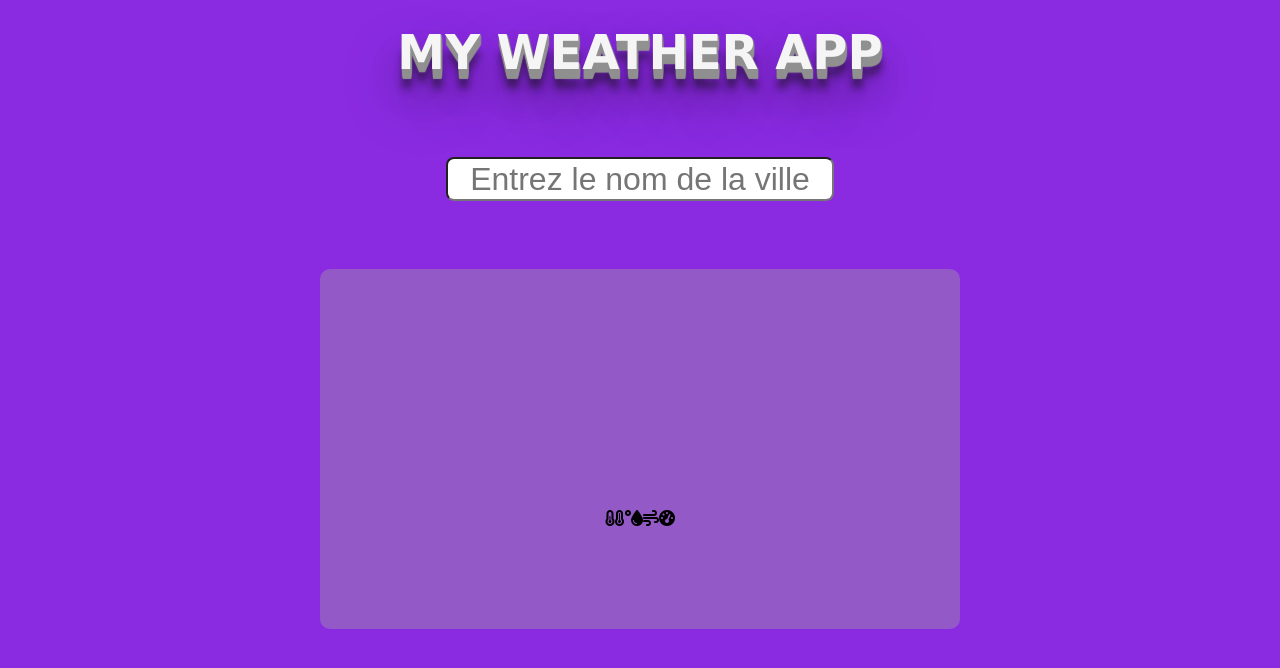
Repository: JeffnyAugustin/MyWeatherApp
Page: index.html
An editor plug-in stored every save of this project. The page is shown before and after the next save, followed by the edit.
The browser window is 1280 px wide. The pictures show the whole page.

Above is the page before, as saved 2023-11-14 22:35:41.

### index.html
<!DOCTYPE html>
<html lang="fr">

<head>
    <meta charset="UTF-8">
    <meta http-equiv="X-UA-Compatible" content="IE=edge">
    <meta name="viewport" content="width=device-width, initial-scale=1.0">
    <link rel="stylesheet" href="https://cdnjs.cloudflare.com/ajax/libs/font-awesome/6.4.0/css/all.min.css"
        integrity="sha512-iecdLmaskl7CVkqkXNQ/ZH/XLlvWZOJyj7Yy7tcenmpD1ypASozpmT/E0iPtmFIB46ZmdtAc9eNBvH0H/ZpiBw=="
        crossorigin="anonymous" referrerpolicy="no-referrer" />

    <link rel="stylesheet" href="/css/style.css">
    <title>My Weather App</title>
</head>

<body>



    <div id="container"></div>

    <script src="/js/script.js"></script>
</body>

</html>

### css/style.css
* {
    padding : 0;
    margin: 0;
}

body {
    display: flex;
    justify-content: center;
    height: 100vh;
    width: 100vw;
    background-color: blueviolet;
    overflow-y: hidden;
}

#container {
    display: flex;
    flex-direction: column;
    align-items: center;
    justify-content: space-around;
    gap: 20px;

}

#searchBox {
    text-align: center;
    width: 60%;
    height: 40px;
    border-radius: 8px;
    margin-top: 10px;
    font-size: 2rem;
}


#allTogether {
    width: 50VW;
    height: 50VH;
    display: flex;
    flex-direction: column;
    justify-content: space-evenly;
    align-items: center;
    background-color: rgb(158 158 158 / 40%);
    border-radius: 10px;
}

div#meteoElement {
    display: flex;
    flex-direction: row;
    justify-content: space-around;
    flex-wrap: wrap;
}

div#cityElement {
    display: flex;
    flex-direction: row;
    gap: 10px;
    justify-content: center;
}

div#cityDescription {
    display: flex;
    flex-direction: column;
    gap: 20PX;
}

#prevision {
    background-color: rgb(134 126 126 / 41%);
    display: flex;
    flex-direction: row;
    justify-content: center;
    align-items: center;
    gap: 10px;
}

.day-forecast {
    display: flex;
    flex-direction: column;
    align-items: center;
    height: 100%;
    width: 230px;
    background-color: #c1a8b6;
}


p {
    font-size: 2rem;
    color: white;
}

p.cityName {
    text-align: center;
}

h1.textTitle {
    text-transform: uppercase;
    font-family: verdana;
    font-size: 3em;
    font-weight: 700;
    color: #f5f5f5;
    text-shadow: 1px 1px 1px #919191,
        1px 2px 1px #919191,
        1px 3px 1px #919191,
        1px 4px 1px #919191,
        1px 5px 1px #919191,
        1px 6px 1px #919191,
        1px 7px 1px #919191,
        1px 8px 1px #919191,
        1px 9px 1px #919191,
        1px 10px 1px #919191,
    1px 18px 6px rgba(16,16,16,0.4),
    1px 22px 10px rgba(16,16,16,0.2),
    1px 25px 35px rgba(16,16,16,0.2),
    1px 30px 60px rgba(16,16,16,0.4);
}

### js/script.js
// Clé D'api
const API_KEY = "b476218e49ef0d0755a713e9ba77f79a";
// Lien vers L'api finissant par une recherche
const API_URL = `https://api.openweathermap.org/data/2.5/forecast?appid=${API_KEY}&units=metric&lang=fr&q=`;


const divContain = document.getElementById("container");
divContain.id = "container";


const titleDiv = document.createElement("div");
titleDiv.className = "title";

// Création H1
const heading = document.createElement('h1');
heading.className = "textTitle"

// Set the text content of the h1 element
heading.textContent = 'My Weather App';




// Création barre de recherche
const inputSearch = document.createElement("input");
inputSearch.id = "searchBox";
inputSearch.type = "text";
inputSearch.placeholder = "Entrez le nom de la ville"; // Ajout du placeholder

// Création de div
const newDiv = document.createElement("div");
newDiv.id = "allTogether";

// Création de div
const forecastDiv = document.createElement("div");
forecastDiv.id = "prevision";




const infoCityDiv = document.createElement("div");
infoCityDiv.id = "cityDescription";


// Création de div oiuyr stocker img + description
const cityImgDiv = document.createElement("div");
cityImgDiv.id = "cityElement";

// Création de div pour afficher les informations météorologiques
const weather = document.createElement("div");
weather.id = "meteoElement";

// Création balise paragraphe pour collecter le nom de la ville
const cityName = document.createElement("p");
cityName.className = "cityName";

// Création de div pour afficher la température
const temperatureDiv = document.createElement("div");
temperatureDiv.className = "temperature-container";

// Création balise paragraphe
const temperature = document.createElement("p");
temperature.className = "temps";

// Création de div pour afficher le temps ressenti
const feelsLikeDiv = document.createElement("div");
feelsLikeDiv.className = "feels-like-container";

// Création balise paragraphe pour la sensation thermique
const feelsLike = document.createElement("p");
feelsLike.className = "feels-like";

// Création de div pour afficher l'humidité
const humidityDiv = document.createElement("div");
humidityDiv.className = "humidity-container";

// Création de balise paragraphe pour l'humidité
const humidity = document.createElement("p");
humidity.className = "humidity";

// Création de div pour afficher le vent
const windDiv = document.createElement("div");
windDiv.className = "wind-container";

// Création de balise wind
const DataWind = document.createElement("p");
DataWind.className = "wind";



// Création de div pour l'humidité
const pressureDiv = document.createElement("div");
pressureDiv.className = "pressure-container";

// Création de balise paragraphe pour la pression atmosphérique
const pressure = document.createElement("p");
pressure.className = "pressure";

// Création de div pour afficher la description
const descriptionDiv = document.createElement("div");
descriptionDiv.className = "description-container";

// Création de balise paragraphe pour la description
const description = document.createElement("p");
description.className = "description";



// Création balise image
const image = document.createElement("img");

// Création balise icône pour la température
const temperatureIcon = document.createElement("i");
temperatureIcon.className = "fas fa-thermometer-half";

// Création balise icône pour la sensation thermique
const feelsLikeIcon = document.createElement("i");
feelsLikeIcon.className = "fas fa-temperature-high";

// Création balise icône pour l'humidité
const humidityIcon = document.createElement("i");
humidityIcon.className = "fas fa-tint";

// Création balise icône pour le vent
const windIcon = document.createElement("i");
windIcon.className = "fas fa-wind";

// Création balise icône pour la pression
const pressureIcon = document.createElement("i");
pressureIcon.className = "fas fa-tachometer-alt";



temperatureDiv.append(temperatureIcon, temperature); // ajout de l'icône

feelsLikeDiv.append(feelsLikeIcon, feelsLike); // ajout de l'icône

humidityDiv.append(humidityIcon, humidity); // ajout de l'icône

windDiv.append(windIcon, DataWind); // ajout de l'icône

pressureDiv.append(pressureIcon, pressure)

descriptionDiv.appendChild( description); // ajout de l'icône




// Function to format the date and time
function formatDateTime() {
    const currentDate = new Date();
    const options = { weekday: 'long', year: 'numeric', month: 'long', day: 'numeric', hour: 'numeric', minute: 'numeric'};
    return currentDate.toLocaleDateString('fr-FR', options);
}

// Create a div to display the date and time
    const dateTimeDiv = document.createElement("div");
    dateTimeDiv.id = "dateTime";
    infoCityDiv.appendChild(dateTimeDiv);

function checkWeather(city) {
    fetch(API_URL + city)
        .then(res => {
            if (!res.ok) {
                throw new Error("La ville n'a pas été trouvée");
            }
            return res.json();
        })
        .then(data => {
            cityName.textContent = data.city.name;
            image.src = `http://openweathermap.org/img/w/${data.list[0].weather[0].icon}.png`;

            description.textContent = data.list[0].weather[0].description;
            temperature.innerHTML = ` Température :  ${Math.round(data.list[0].main.temp)}°C `;
            feelsLike.textContent = "Temps Ressenti : " + Math.round(data.list[0].main.feels_like) + "°C";
            humidity.textContent = "humidityIcon : " + data.list[0].main.humidity + "%";
            DataWind.textContent = "Vitesse du vent : " + Math.floor(data.list[0].wind.speed) + " Km/h";
            pressure.textContent = "Pression : " + data.list[0].main.pressure + " hPa";


             // Afficher les prévisions pour les 5 prochains jours
             for (let i = 0; i < data.list.length; i += 8) {
                const dayForecast = document.createElement("div");
                dayForecast.className = "day-forecast";

                const date = new Date(data.list[i].dt * 1000);
                const dayName = new Intl.DateTimeFormat('fr-FR', { weekday: 'long' }).format(date);

                const dayNameElement = document.createElement("p");
                dayNameElement.textContent = dayName;

                const iconElement = document.createElement("img");
                iconElement.src = `http://openweathermap.org/img/w/${data.list[i].weather[0].icon}.png`;

                const descriptionElement = document.createElement("p");
                descriptionElement.textContent = data.list[i].weather[0].description;

                const temperatureElement = document.createElement("p");
                temperatureElement.textContent = ` ${Math.round(data.list[i].main.temp)}°C`;

                dayForecast.append(dayNameElement, iconElement, descriptionElement, temperatureElement);
                forecastDiv.appendChild(dayForecast);
             }

               // Display the date and time
               dateTimeDiv.textContent = "Date du jour : " + formatDateTime();

        })
        .catch(error => {
            console.error("Erreur de requête :", error.message);
            // Ajoutez ici un traitement pour informer l'utilisateur de l'erreur
        });
}

inputSearch.addEventListener("change", () => {
    checkWeather(inputSearch.value);
});


weather.append(temperatureDiv, feelsLikeDiv, humidityDiv, windDiv, pressureDiv); // ajout des éléments Weather
newDiv.append(infoCityDiv, weather); // ajout du conteneur Weather à newDiv
infoCityDiv.append(cityName, cityImgDiv)
cityImgDiv.append(image, descriptionDiv)
titleDiv.appendChild(heading)
divContain.append(titleDiv, inputSearch, newDiv, forecastDiv); // ajout de tous les éléments à divContain
document.body.appendChild(divContain);



// Mise à jour des informations météorologiques toutes les 5 minutes
setInterval(function () {
    // Ici, mettre à jour les informations de la météo à l'aide de l'API ou d'autres sources
    // Vous pouvez appeler la fonction checkWeather avec la dernière ville recherchée
    checkWeather(inputSearch.value);
}, 5 * 60 * 1000);

After the next save:
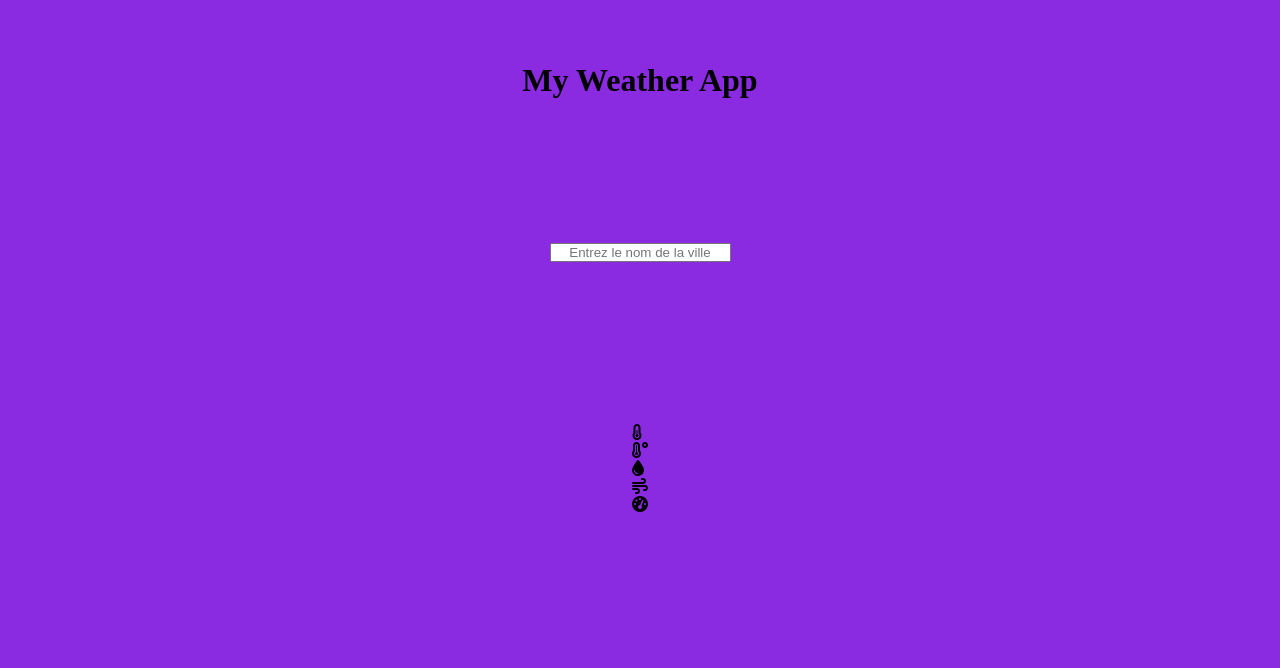
Saved 6 min 25 s later.
--- a/css/style.css
+++ b/css/style.css
@@ -23,7 +23,7 @@
 
 #searchBox {
     text-align: center;
-    width: 60%;
+    width: (0%;
     height: 40px;
     border-radius: 8px;
     margin-top: 10px;

After the 2 saves that followed:
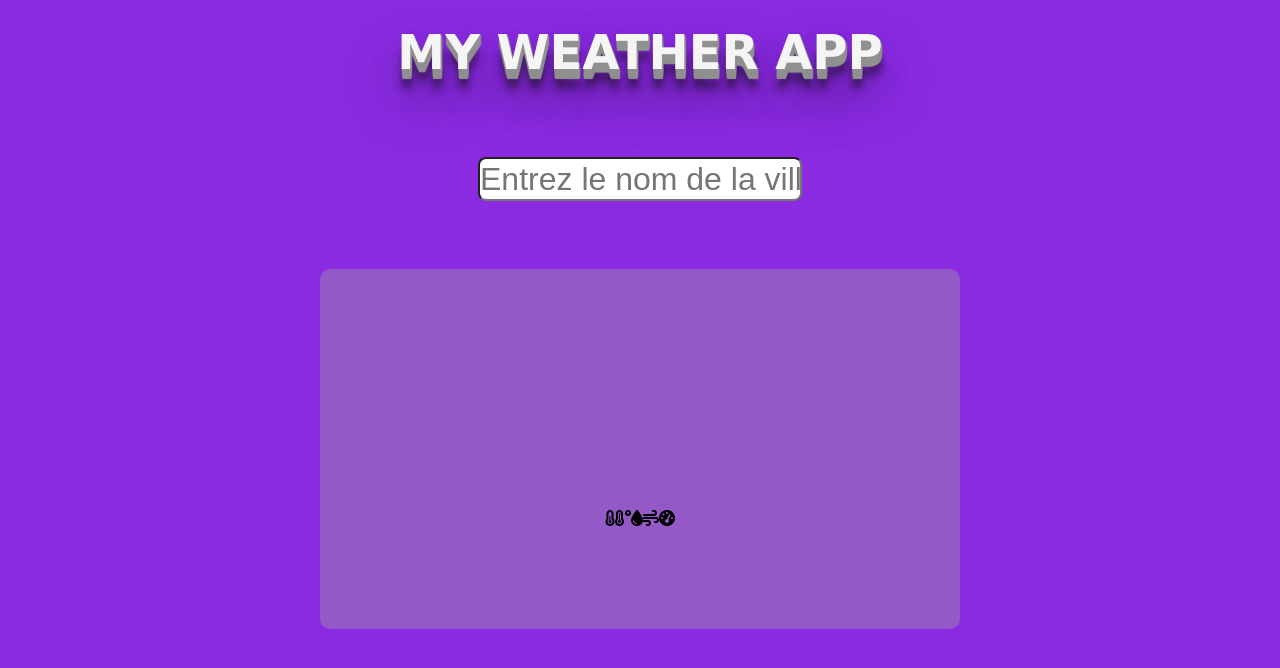
The 2 saves are shown as one change because they came seconds apart.
The last was saved 7 s later.
--- a/css/style.css
+++ b/css/style.css
@@ -23,7 +23,7 @@
 
 #searchBox {
     text-align: center;
-    width: (0%;
+    width: 50%;
     height: 40px;
     border-radius: 8px;
     margin-top: 10px;
